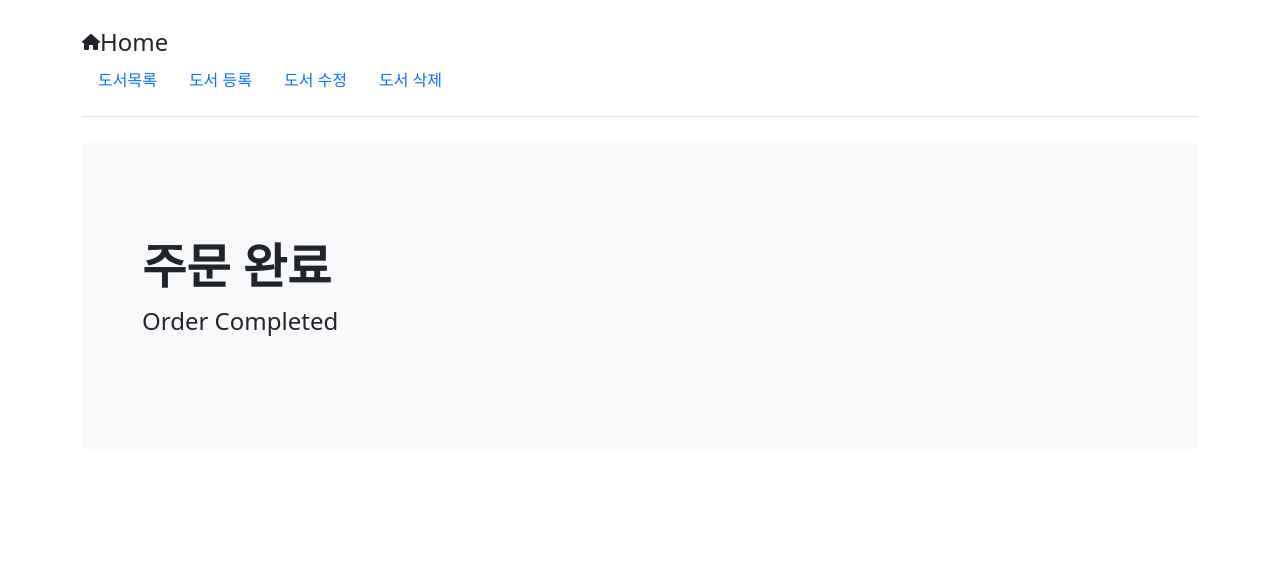
Repository: byeolchorong/ITedunet
Page: http://localhost/BookMarket/thankCustomer.jsp
The author's editor kept a copy of each file at every save. The page is drawn from the files as they stood at one save, then again after the next save.
The browser window is 1280 px wide. The pictures show the whole page.
Some web libraries are served in a nearby version. The page is served by Tomcat 10. Nobody is signed in. The application's start-up code is not run. Other server files are loaded and not shown.

Above is the page before, as saved 2025-06-02 03:38:10.

### JSP/BookMarket/src/main/webapp/thankCustomer.jsp
<%@ page language="java" contentType="text/html; charset=UTF-8"
    pageEncoding="UTF-8"%>
<%@ page import="java.net.URLDecoder" %>
<!DOCTYPE html>
<html>
<head>
<meta charset="UTF-8">
<link href="https://cdn.jsdelivr.net/npm/bootstrap@5.3.6/dist/css/bootstrap.min.css" rel="stylesheet">
<script src="https://kit.fontawesome.com/705381df09.js" crossorigin="anonymous"></script>
<title>주문 완료</title>
</head>
<body>
<%
	String shipping_cartId = "";
	String shipping_name = "";
	String shipping_shippingDate = "";
	String shipping_country = "";
	String shipping_zipCode = "";
	String shipping_addressName = "";

	Cookie[] cookies = request.getCookies();

	if (cookies != null) {
		for (int i=0; i<cookies.length; i++) {
			Cookie thisCookie = cookies[i];
			String n = thisCookie.getName();
			if (n.equals("Shipping_cartId")) { shipping_cartId = URLDecoder.decode((thisCookie.getValue()), "utf-8"); }
			if (n.equals("Shipping_name")) { shipping_name = URLDecoder.decode((thisCookie.getValue()), "utf-8"); }
			if (n.equals("Shipping_shippingDate")) { shipping_shippingDate = URLDecoder.decode((thisCookie.getValue()), "utf-8"); }
			if (n.equals("Shipping_country")) { shipping_country = URLDecoder.decode((thisCookie.getValue()), "utf-8"); }
			if (n.equals("Shipping_zipCode")) { shipping_zipCode = URLDecoder.decode((thisCookie.getValue()), "utf-8"); }
			if (n.equals("Shipping_addressName")) { shipping_addressName = URLDecoder.decode((thisCookie.getValue()), "utf-8"); }
		}
	}
%>

<div class="container py-4">
	<%@ include file="menu.jsp" %>

	<div class="p-5 mb-4 bg-body-tertiary rounded-3">
		<div class="container-fluid py-5">
			<h1 class="display-5 fw-bold">주문 완료</h1>
			<p class="col-md-8 fs-4">Order Completed</p>
		</div>
	</div>

	<div class="row align-items-md-stretch">
	</div>
</div>
</body>
</html>

### JSP/BookMarket/src/main/webapp/menu.jsp
<%@ page language="java" contentType="text/html; charset=UTF-8"
    pageEncoding="UTF-8"%>
<%System.out.println("menu 입장"); %>
<link href="https://cdn.jsdelivr.net/npm/bootstrap@5.3.6/dist/css/bootstrap.min.css" rel="stylesheet">
<script src="https://kit.fontawesome.com/705381df09.js" crossorigin="anonymous"></script>

<header class="pb-3 mb-4 border-bottom">
	<a href="./welcome.jsp" class="d-flex align-items-center text-dark text-decoration-none">
		<i class="fa-solid fa-house"></i>
		<span class="fs-4">Home</span>
	</a>
	<ul class="nav nav-pills">
		<li class="nav-item"><a href="./books.jsp" class="nav-link">도서목록</a></li>
		<li class="nav-item"><a href="./addBook.jsp" class="nav-link">도서 등록</a></li>
		<li class="nav-item"><a href="./editBook.jsp?edit=update" class="nav-link">도서 수정</a></li>
		<li class="nav-item"><a href="./editBook.jsp?edit=delete" class="nav-link">도서 삭제</a></li>
	</ul>
</header>

After the next save:
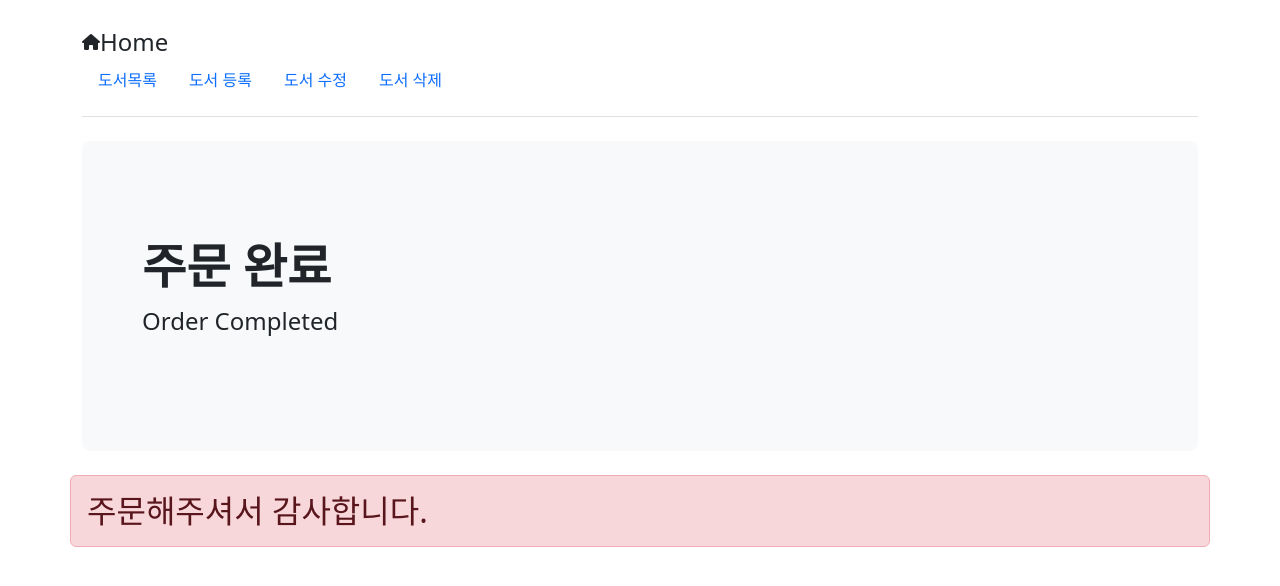
Saved 29 s later.
--- a/JSP/BookMarket/src/main/webapp/thankCustomer.jsp
+++ b/JSP/BookMarket/src/main/webapp/thankCustomer.jsp
@@ -45,6 +45,7 @@
 	</div>
 
 	<div class="row align-items-md-stretch">
+		<h2 class="alert alert-danger">주문해주셔서 감사합니다.</h2>
 	</div>
 </div>
 </body>
